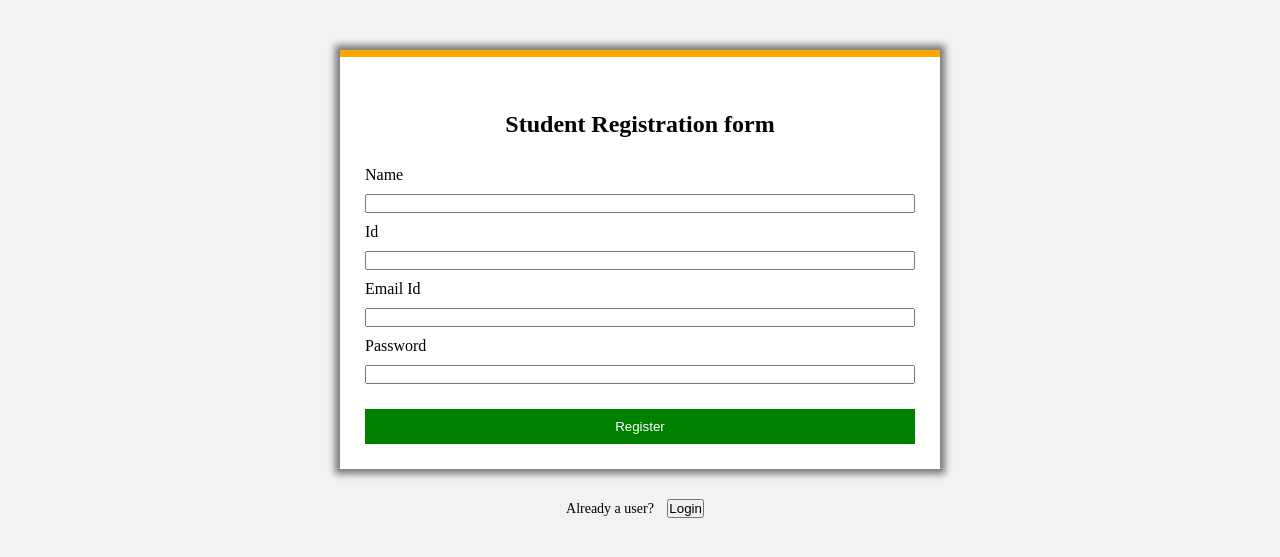
Repository: Sameer-0/workspace
Page: http://localhost/StudentCrud/views/index.jsp
The author's editor kept a copy of each file at every save. The page is drawn from the files as they stood at one save, then again after the next save.
The browser window is 1280 px wide. The pictures show the whole page.
The pointer rests on the first visible `.button`.
The page is served by Tomcat 9.

Above is the page before, as saved 2022-07-12 07:58:44.

After the next save:
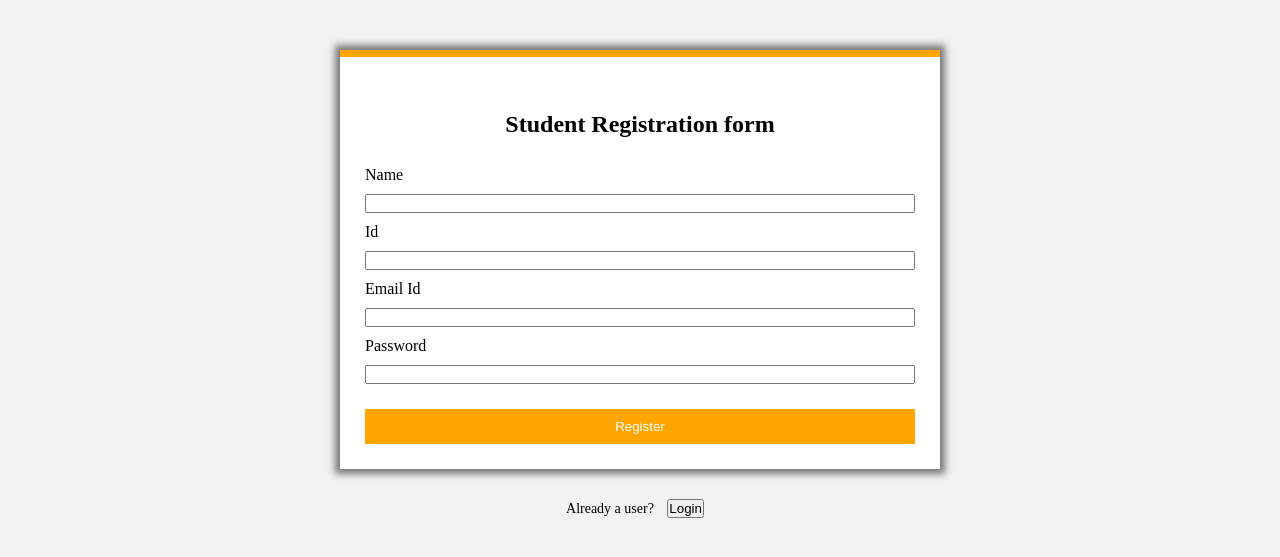
Saved 31 s later.
--- a/StudentCrud/src/main/webapp/views/style.css
+++ b/StudentCrud/src/main/webapp/views/style.css
@@ -48,7 +48,7 @@ label {
 }
 
 .button:hover {
-	background: green;
+	background: orange;
 }
 
 #btn-div {
